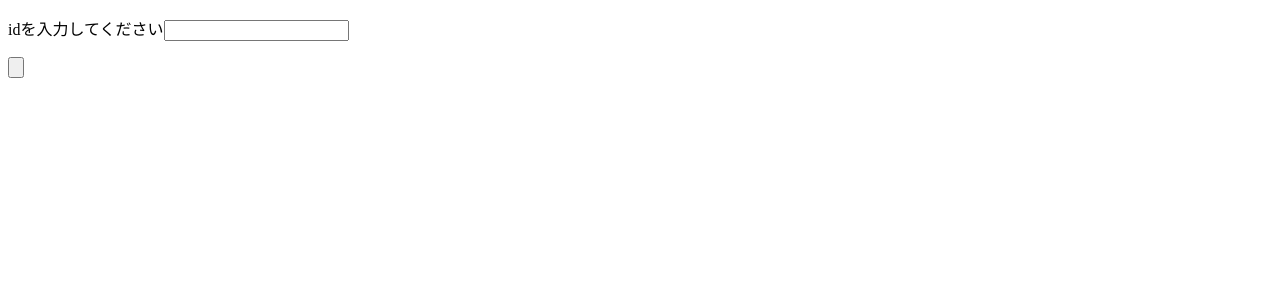
Repository: khlee12/JSP-tutorial
Page: http://localhost/WebApp-01/BeansSample/userRequest.jsp
The author's editor kept a copy of each file at every save. The page is drawn from the files as they stood at one save, then again after the next save.
The browser window is 1280 px wide. The pictures show the whole page.
The page is served by Tomcat 9. Other server files are loaded and not shown.

Above is the page before, as saved 2017-05-05 04:41:37.

### WebApp-01/WebContent/BeansSample/userRequest.jsp
<%@ page language="java" contentType="text/html; charset=UTF-8"
    pageEncoding="UTF-8"%>
<!DOCTYPE html PUBLIC "-//W3C//DTD HTML 4.01 Transitional//EN" "http://www.w3.org/TR/html4/loose.dtd">
<html>
<head>
<meta http-equiv="Content-Type" content="text/html; charset=UTF-8">
<title>Insert title here</title>
</head>
<body>
	<form action="../BeansControllerServlet" method="post">
		<p>idを入力してください<input type="text" name="id"></p>
		<input type="submit" value="">
	</form>

</body>
</html>

After the next save:
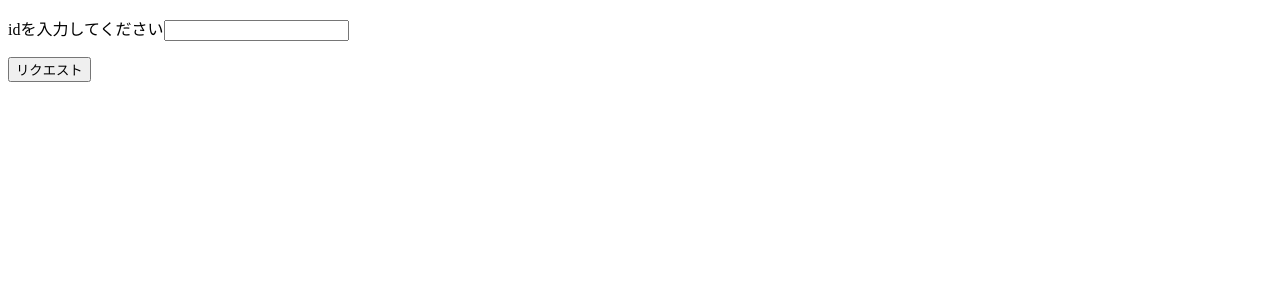
Saved 14 s later.
--- a/WebApp-01/WebContent/BeansSample/userRequest.jsp
+++ b/WebApp-01/WebContent/BeansSample/userRequest.jsp
@@ -9,7 +9,7 @@
 <body>
 	<form action="../BeansControllerServlet" method="post">
 		<p>idを入力してください<input type="text" name="id"></p>
-		<input type="submit" value="">
+		<input type="submit" value="リクエスト">
 	</form>
 
 </body>
